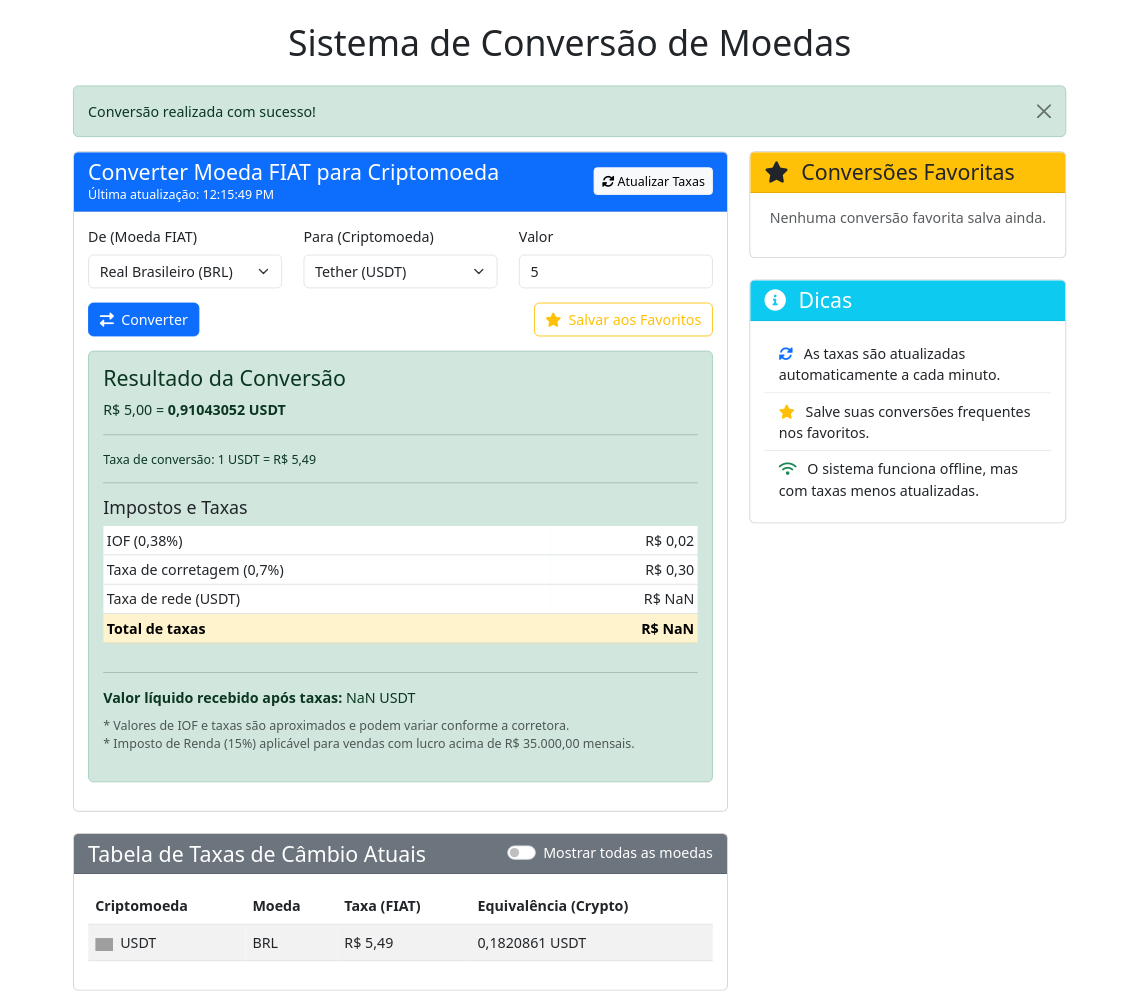
Repository: victorvilanova/crypto-convert-system
Page: index.html
These files come from the project's save history. The page is drawn as it stood at one moment and after the next save; the edit follows.
The browser window is 1280 px wide. The pictures show the whole page, at 89% of full size.
Empty fields were first filled with sample values (such as "Sample", 5 or name@example.com).
After loading, the first visible `#convertBtn` was clicked once.
Pictures or frames that could not be fetched are drawn as grey boxes.

Above is the page before, as saved 2025-04-10 22:14:30.

After the next save:
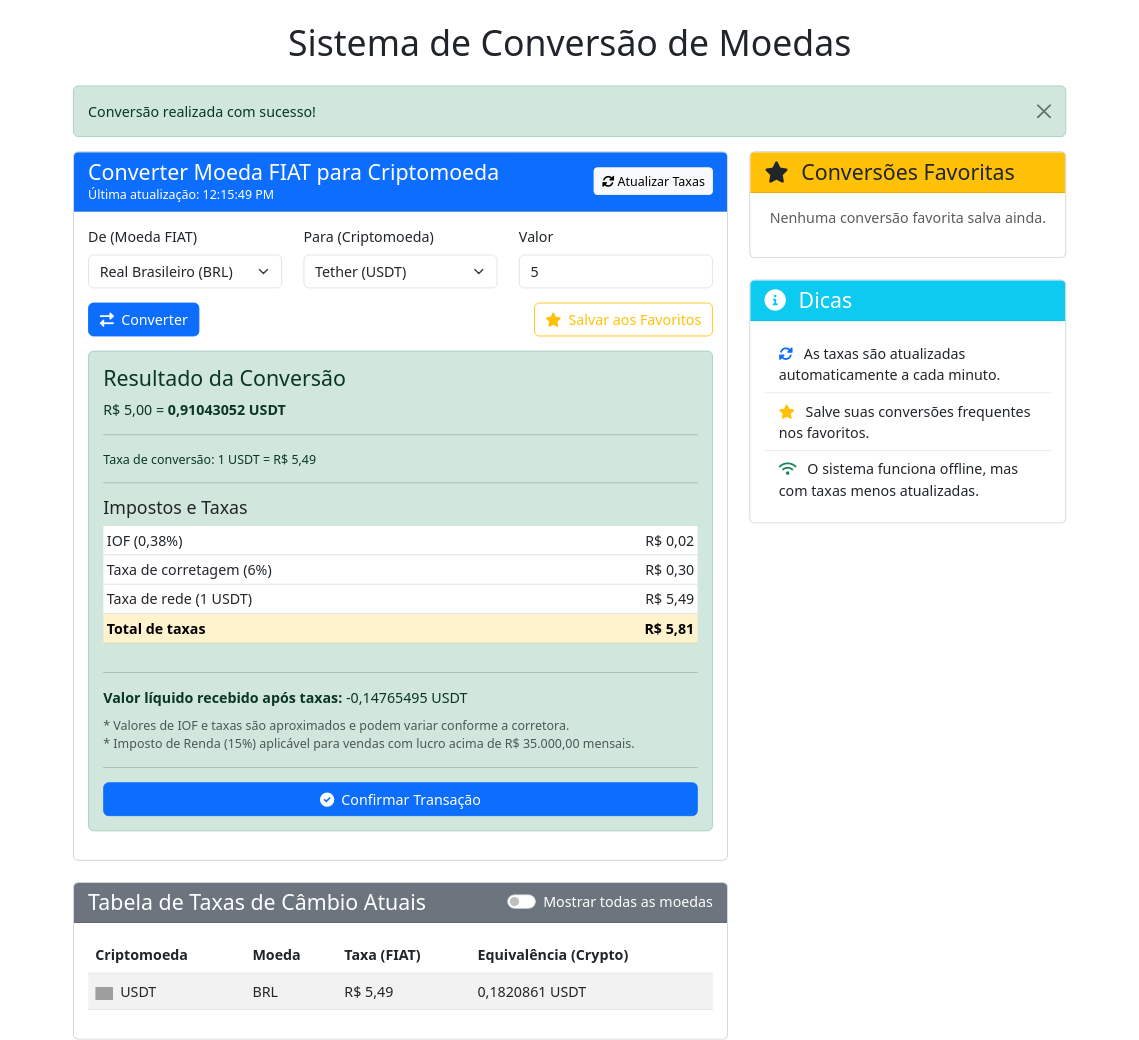
Saved 68 s later.
--- a/assets/js/ui/uiController.js
+++ b/assets/js/ui/uiController.js
@@ -12,6 +12,7 @@ const messageContainer = document.getElementById('message');
 
 // Importando o serviço de taxas
 import { calculateAllFeesAndTaxes } from '../services/taxesService.js';
+import { verifyKYCForTransaction, startKYCUpgrade, KYC_LEVELS } from '../services/kycService.js';
 
 /**
  * Mostra a área de carregamento
@@ -50,8 +51,11 @@ function displayResult(fromCurrency, toCrypto, amount, result) {
     resultContainer.style.display = 'block';
     errorContainer.style.display = 'none';
 
+    // Taxa para calcular o valor em USDT (para a taxa de rede)
+    const cryptoRate = amount / result;
+
     // Calcular taxas e impostos brasileiros
-    const feesAndTaxes = calculateAllFeesAndTaxes(fromCurrency, toCrypto, amount, result);
+    const feesAndTaxes = calculateAllFeesAndTaxes(fromCurrency, toCrypto, amount, result, cryptoRate);
 
     const formattedAmount = amount.toLocaleString('pt-BR', {
         style: 'currency',
@@ -98,14 +102,14 @@ function displayResult(fromCurrency, toCrypto, amount, result) {
                             })}</td>
                         </tr>
                         <tr>
-                            <td>Taxa de corretagem (0,7%)</td>
+                            <td>Taxa de corretagem (6%)</td>
                             <td class="text-end">${feesAndTaxes.exchangeFee.toLocaleString('pt-BR', {
                                 style: 'currency',
                                 currency: 'BRL'
                             })}</td>
                         </tr>
                         <tr>
-                            <td>Taxa de rede (${toCrypto})</td>
+                            <td>Taxa de rede (1 USDT)</td>
                             <td class="text-end">${feesAndTaxes.networkFee.toLocaleString('pt-BR', {
                                 style: 'currency',
                                 currency: 'BRL'
@@ -130,11 +134,114 @@ function displayResult(fromCurrency, toCrypto, amount, result) {
                 <br>
                 * Imposto de Renda (15%) aplicável para vendas com lucro acima de R$ 35.000,00 mensais.
             </p>
+            <hr>
+            <div class="d-grid gap-2">
+                <button id="confirmTransactionBtn" class="btn btn-primary">
+                    <i class="fas fa-check-circle me-2"></i>Confirmar Transação
+                </button>
+            </div>
         `;
+
+        // Verificar KYC
+        const kycResult = verifyKYCForTransaction(amount);
+        if (!kycResult.approved) {
+            resultHTML += `
+                <div class="alert alert-warning mt-3">
+                    <h5><i class="fas fa-exclamation-triangle me-2"></i>Verificação KYC Necessária</h5>
+                    <p>${kycResult.reason}</p>
+                    <p>Seu limite atual é de ${kycResult.limit.toLocaleString('pt-BR', {
+                        style: 'currency',
+                        currency: 'BRL'
+                    })}</p>
+                    <button id="upgradeKycBtn" class="btn btn-warning"
+                        data-level="${kycResult.requiredLevel}">
+                        Aumentar Nível de Verificação
+                    </button>
+                </div>
+            `;
+        }
     }
 
     resultHTML += `</div>`;
     resultContainer.innerHTML = resultHTML;
+
+    // Adicionar listeners para os novos botões
+    const confirmBtn = document.getElementById('confirmTransactionBtn');
+    if (confirmBtn) {
+        confirmBtn.addEventListener('click', () => handleConfirmTransaction(fromCurrency, toCrypto, amount, feesAndTaxes.finalAmount));
+    }
+
+    const upgradeKycBtn = document.getElementById('upgradeKycBtn');
+    if (upgradeKycBtn) {
+        upgradeKycBtn.addEventListener('click', () => {
+            const targetLevel = parseInt(upgradeKycBtn.getAttribute('data-level'));
+            handleKycUpgrade(targetLevel);
+        });
+    }
+}
+
+/**
+ * Manipula a confirmação de transação
+ * @param {string} fromCurrency - Moeda de origem
+ * @param {string} toCrypto - Criptomoeda de destino
+ * @param {number} amount - Quantidade em moeda de origem
+ * @param {number} finalAmount - Quantidade final em criptomoeda
+ */
+function handleConfirmTransaction(fromCurrency, toCrypto, amount, finalAmount) {
+    // Verificar KYC antes de confirmar
+    if (fromCurrency === 'BRL') {
+        const kycResult = verifyKYCForTransaction(amount);
+        if (!kycResult.approved) {
+            showError(`Não é possível completar a transação: ${kycResult.reason}`);
+            return;
+        }
+    }
+
+    // Simulação de confirmação de transação
+    showLoading();
+
+    setTimeout(() => {
+        hideLoading();
+
+        // Exibir modal de confirmação
+        showMessage(`
+            <h5>Transação Confirmada!</h5>
+            <p>Você converteu ${amount.toLocaleString('pt-BR', {
+                style: 'currency',
+                currency: fromCurrency
+            })} para ${finalAmount.toLocaleString('pt-BR', {
+                maximumFractionDigits: 8
+            })} ${toCrypto}.</p>
+            <p>O valor será creditado na sua carteira em instantes.</p>
+        `, 'success', 6000);
+
+        // Limpar o formulário e resultado
+        document.getElementById('converterForm')?.reset();
+        resultContainer.style.display = 'none';
+    }, 2000);
+}
+
+/**
+ * Manipula o processo de upgrade de KYC
+ * @param {number} targetLevel - Nível KYC desejado
+ */
+function handleKycUpgrade(targetLevel) {
+    // Aqui seria iniciado o processo de upgrade do KYC
+    const upgradeResult = startKYCUpgrade(targetLevel);
+
+    if (upgradeResult.success) {
+        // Exibir modal de instruções para o upgrade
+        showMessage(`
+            <h5>Processo de Verificação Iniciado</h5>
+            <p>Para completar sua verificação, você precisará enviar os seguintes documentos:</p>
+            <ul>
+                ${upgradeResult.requiredDocuments.map(doc => `<li>${doc}</li>`).join('')}
+            </ul>
+            <p><strong>Próximos passos:</strong> ${upgradeResult.nextSteps}</p>
+        `, 'info', 0);  // 0 para não desaparecer automaticamente
+    } else {
+        showMessage(upgradeResult.message, 'warning');
+    }
 }
 
 /**
